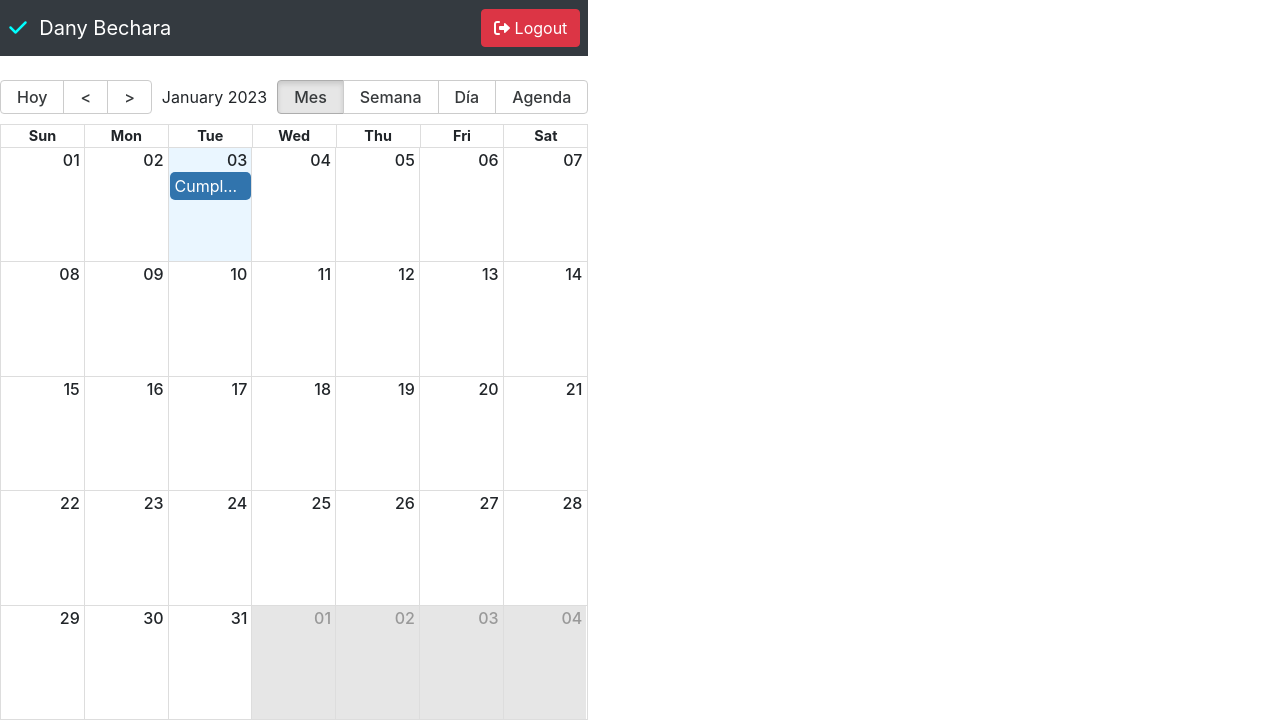
Repository: bechara611/calendar-frontend
Page: /
An editor plug-in stored every save of this project. The page is shown before and after the next save, followed by the edit.
The browser window is 1280 px wide. The pictures show the whole page.
The project was rebuilt for these pictures with package versions that can differ from the ones it lists, and the page was loaded fresh each time. Also part of the build but not shown: vite.config.js. Imported but missing from the stored project, and not drawn on this page: src/auth.

Above is the page before, as saved 2023-01-04 15:36:03.

After the next save:
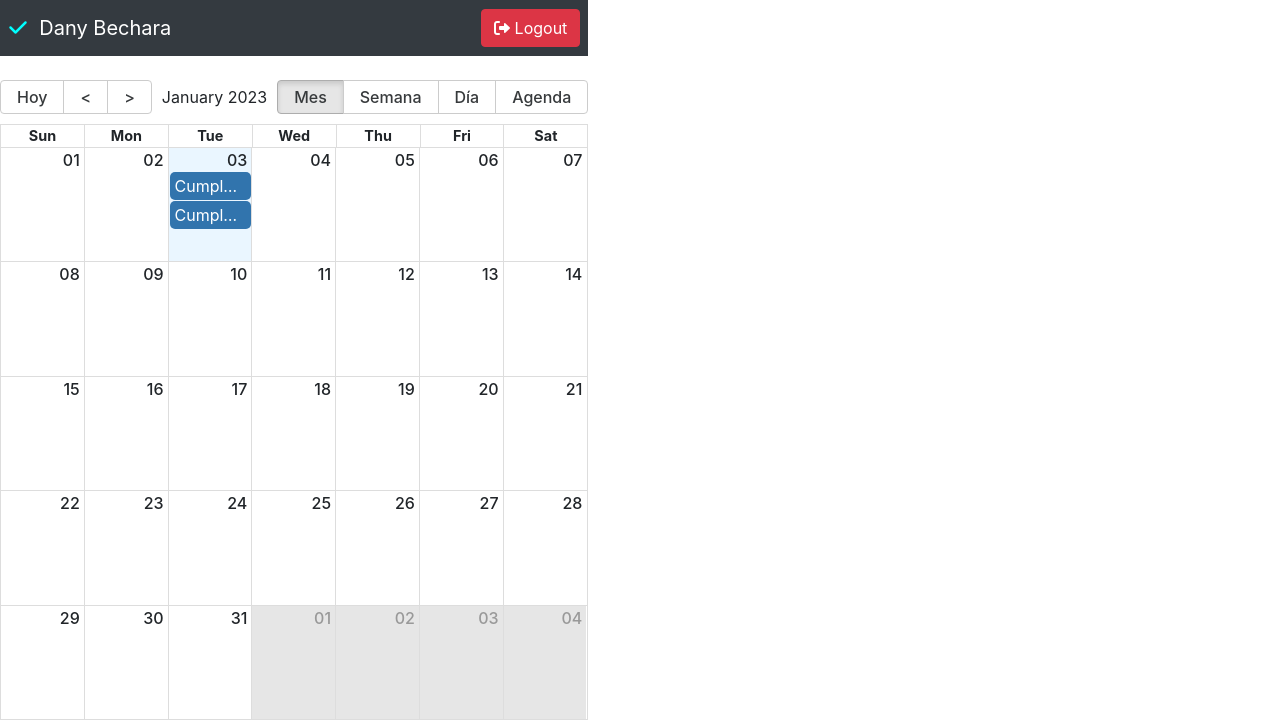
Saved 37 s later.
--- a/src/calendar/pages/CalendarPages.jsx
+++ b/src/calendar/pages/CalendarPages.jsx
@@ -15,6 +15,13 @@ const events = [{
   notes: 'Torta para Dany',
   start: new Date(),
   end: addHours(new Date(), 1),
+  bgColor: '#fafafa',
+  user: {}
+},{
+  title: 'Cumple de dany2',
+  notes: 'Torta para Dany2',
+  start: new Date(),
+  end: addHours(new Date(), 2),
   bgColor: '#fafafa',
   user: {}
 }]
